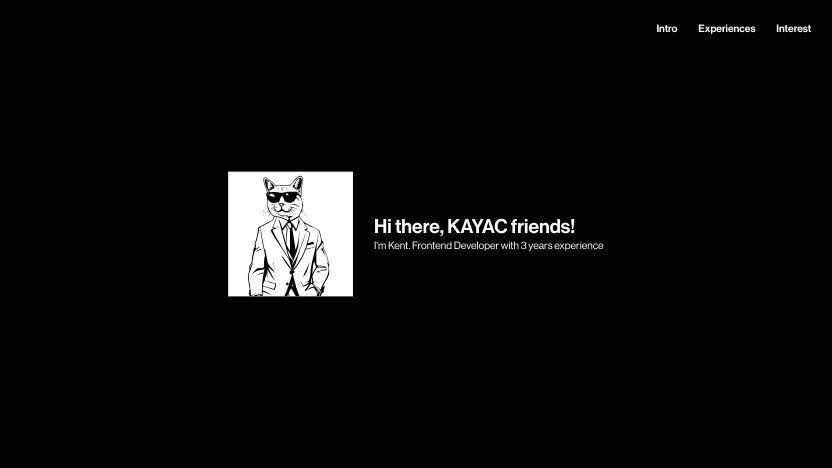
Repository: kentnathaniel/kayac-presentation
Page: /
These files come from the project's save history. The page is drawn as it stood at one moment and after the next save; the edit follows.
The browser window is 1280 px wide. The pictures show the whole page, at 65% of full size.
The project was rebuilt for these pictures with package versions that can differ from the ones it lists, and the page was loaded fresh each time. Also part of the build but not shown: vite.config.ts.

Above is the page before, as saved 2024-09-14 09:21:41.

### src/App.tsx
import SmartCat from "./assets/smart-cat-suits.svg?react";

function App() {
  return (
    <div className="flex flex-col w-screen min-h-screen overflow-x-hidden">
      <nav className="flex w-screen fixed top-0 gap-8 p-8 justify-end">
        <a className="cursor-pointer">Intro</a>
        <a className="cursor-pointer">Experiences</a>
        <a className="cursor-pointer">Interest</a>
      </nav>

      <div className="flex justify-center mx-auto h-screen">
        <div className="flex h-fit gap-8 items-center my-auto">
          <div className="bg-white w-fit">
            <SmartCat className="text-white w-48 h-48" />
          </div>
          <div>
            <h1 className="text-3xl text-left">Hi there, KAYAC friends!</h1>
            <p className="font-thin">
              I'm Kent. Frontend Developer with 3 years experience
            </p>
          </div>
        </div>
      </div>

      {/* <div className="flex flex-col justify-center mx-auto h-screen">
        <h1 className="text-3xl text-left">Experience section</h1>
        <p className="font-thin">Experience section placeholder</p>
      </div>

      <div className="flex flex-col justify-center mx-auto h-screen">
        <h1 className="text-3xl text-left">Interest section</h1>
        <p className="font-thin">Interest section placeholder</p>
      </div> */}
    </div>
  );
}

export default App;

### src/index.css
@tailwind base;
@tailwind components;
@tailwind utilities;

body {
  background-color: black;
  color: white;
}

/* Thin */
@font-face {
  font-family: "Neue-Haas-Grotesk";
  src: url("./assets/fonts/NeueHaasDisplayRoman.ttf") format("truetype");
  font-weight: 300;
  font-style: normal;
}

@font-face {
  font-family: "Neue-Haas-Grotesk";
  src: url("./assets/fonts/NeueHaasDisplayRomanItalic.ttf") format("truetype");
  font-weight: 300;
  font-style: italic;
}

/* Mediums */
@font-face {
  font-family: "Neue-Haas-Grotesk";
  src: url("./assets/fonts/NeueHaasDisplayMedium.ttf") format("truetype");
  font-weight: 400;
  font-style: normal;
}

@font-face {
  font-family: "Neue-Haas-Grotesk";
  src: url("./assets/fonts/NeueHaasDisplayMediumItalic.ttf") format("truetype");
  font-weight: 400;
  font-style: italic;
}

/* Bolds */
@font-face {
  font-family: "Neue-Haas-Grotesk";
  src: url("./assets/fonts/NeueHaasDisplayBold.ttf") format("truetype");
  font-weight: 700;
  font-style: normal;
}

@font-face {
  font-family: "Neue-Haas-Grotesk";
  src: url("./assets/fonts/NeueHaasDisplayBoldItalic.ttf") format("truetype");
  font-weight: 700;
  font-style: italic;
}

body {
  font-family: "Neue-Haas-Grotesk", Arial, Helvetica, sans-serif;
}

### tailwind.config.ts
/** @type {import('tailwindcss').Config} */
export default {
  content: ["./index.html", "./src/**/*.{js,ts,jsx,tsx}"],
  theme: {
    extend: {
      fontFamily: {
        custom: ["Neue-Haas-Grotesk"],
      },
    },
  },
  plugins: [],
};

Loaded but not shown: index.html (common file); src/main.tsx (common file)

After the next save:
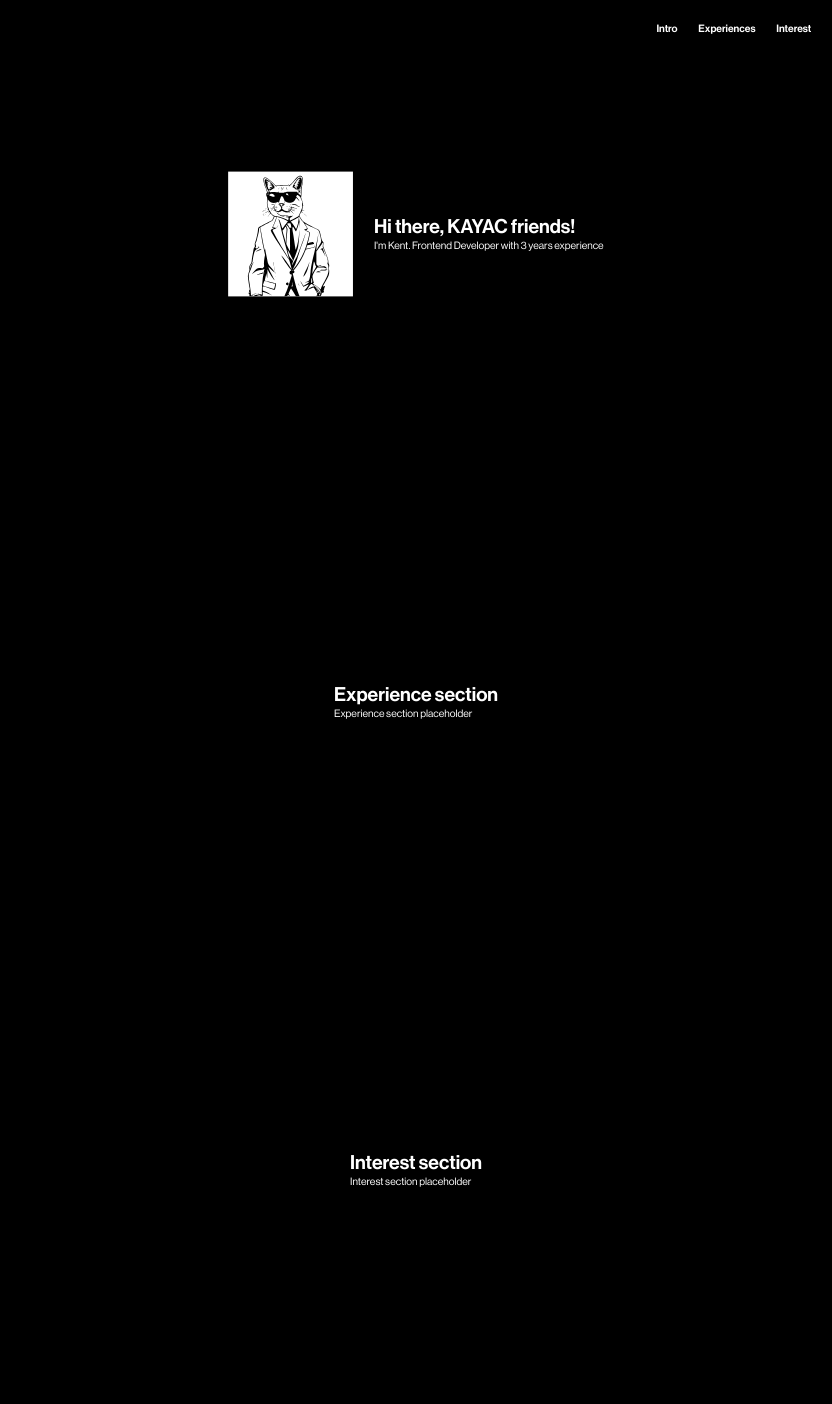
Saved 10 s later.
--- a/src/App.tsx
+++ b/src/App.tsx
@@ -23,7 +23,7 @@ function App() {
         </div>
       </div>
 
-      {/* <div className="flex flex-col justify-center mx-auto h-screen">
+      <div className="flex flex-col justify-center mx-auto h-screen">
         <h1 className="text-3xl text-left">Experience section</h1>
         <p className="font-thin">Experience section placeholder</p>
       </div>
@@ -31,7 +31,7 @@ function App() {
       <div className="flex flex-col justify-center mx-auto h-screen">
         <h1 className="text-3xl text-left">Interest section</h1>
         <p className="font-thin">Interest section placeholder</p>
-      </div> */}
+      </div>
     </div>
   );
 }
